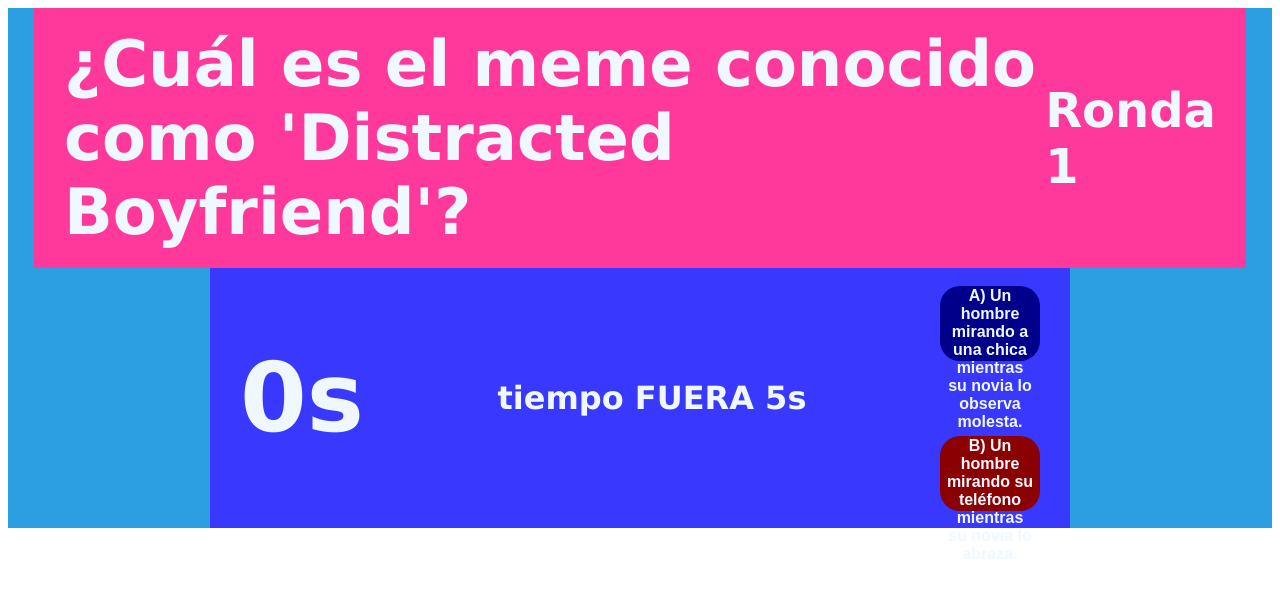
Repository: eschala/Proyecto_Clonaci-n_Kahoot_2023-2
Page: Borrador_Samir_Kahoot_NEW/Prueaba_Validar.html
An editor plug-in stored every save of this project. The page is shown before and after the next save, followed by the edit.
The browser window is 1280 px wide. The pictures show the whole page.

Above is the page before, as saved 2023-11-29 15:17:31.

### Borrador_Samir_Kahoot_NEW/Prueaba_Validar.html
<!DOCTYPE html>
<html lang="en">

<head>
    <meta charset="UTF-8">
    <meta name="viewport" content="width=device-width, initial-scale=1.0">
    <title>Document</title>
    <style>

    </style>
    <link rel="stylesheet" href="stylePrueba.css">

</head>

<body>
    <div class="container">

        <div class="sectionContainer">

            <h1 class="tituloClass">
                pregunta
            </h1>
            <h2 class="aviso">
                ()
            </h2>

            <div class="section_Buttons">
                <div class="btn_content"><button type="button" class="btn_1 botones">opcion A</button></div>
                <div class="btn_content"><button type="button" class="btn_2 botones">opcion B</button></div>



        </div>
            </div>
            <div class="sectionContainer_2">

                <h1 class="Pregunta_S">insertar pregunta</h1>
                <h1 class="aviso_S">aviso</h1>
            </div>

    </div>

    <script src="respuesta_VALIDAR.js"></script>
</body>

</html>

### Borrador_Samir_Kahoot_NEW/stylePrueba.css
.container {
    font-family: Verdana, Geneva, Tahoma, sans-serif;

    width: 100%;
    height: 100%;
    background-color: rgb(43, 159, 226);

    display: flex;
    flex-direction: column;

    align-items: center;
    justify-content: center;

}

.sectionContainer {

    height: 200px;
    width: 800px;

    background-color: rgb(56, 56, 255);

    display: flex;
    justify-content: space-between;
    align-items: center;
    color: aliceblue;

    font-size: 3rem;
    padding: 30px;

    order: 1;
}
.sectionContainer_2 {

    height: 200px;
    width: 90vw;

    background-color: rgb(255, 56, 156);

    display: flex;
    justify-content: space-between;
    align-items: center;
    color: aliceblue;

    font-size: 3rem;
    padding: 30px;

    order: 0;
}

.sub_Container_2 {

    height: 200px;
    width: 800px;

    background-color: red;

    display: flex;

}

.btn_content {
    height: 150px;
    width: 100px;
    display: flex;

    align-items: center;
    justify-content: center;

    cursor: pointer;
}

.btn_1 {
    width: 100%;
    height: 50%;

    background-color:darkblue;
}

.btn_2 {
    width: 100%;
    height: 50%;

    background-color:darkred;
}

.botones:hover{

    opacity: 50%;
    cursor: pointer;
}

.botones{

    font-weight: 700;


    color:aliceblue;
    font-size: 1rem;
    cursor: pointer;

    border-radius: 20px;
    border: 0px;
}

.aviso_S{
    font-family: Verdana, Geneva, Tahoma, sans-serif;
    font-size: 3rem;
}
.Pregunta_S{
    font-size: 4rem;
}

### Borrador_Samir_Kahoot_NEW/respuesta_VALIDAR.js
const container_E=document.querySelector(".container");
const sectionContainer_E=document.querySelector(".sectionContainer");
const sub_Container_2_E=document.querySelector(".sub_Container_2");
const btn_1_E=document.querySelector(".btn_1");
const btn_2_E=document.querySelector(".btn_2");
const h2_E=document.querySelector(".aviso");
const tituloClass_E=document.querySelector(".tituloClass");

/* const container_element=".container";
const sectionContainer_element=".sectionContainer";
const sub_Container_2_element=".sub_Container_2";
const btn_1_element=".btn_1";
const btn_2_element=".btn_2";
const h2_element=".aviso";
const tituloClass_element=".tituloClass";

container_element=document.querySelector(container_element);
sectionContainer_element=document.querySelector(sectionContainer_element);
sub_Container_2_element=document.querySelector(sub_Container_2_element);
btn_1_element=document.querySelector(btn_1_element);
btn_2_element=document.querySelector(btn_2_element);
h2_element=document.querySelector(h2_element);
tituloClass_element=document.querySelector(tituloClass_element);
 */
   var contar_S=0;
   var contar_R=0;
   var vacio=0;
var segundos =5;

var contar_2=0;
const intervalo=1000;

const pregunta_E=document.querySelector(".Pregunta_S");
const aviso_E=document.querySelector(".aviso_S");

h2_E.style.display="block";
h2_E.style.fontSize="2rem";

var funcionPrueba=()=>{



    segundos--;


    tituloClass_E.innerHTML=segundos+ "s";


    if(segundos==contar_R){

    contar_S++;
    vacio=contar_S-1;

        clearInterval(timeRunning);
        segundos=5;
        activateTimeOUT();
        contar_2++;
        h2_E.innerHTML="tiempo FUERA 5s";aviso_E.innerHTML="Ronda "+contar_S;

        if(contar_S==3){

            contar_S=0;
        }
    }
    else{
        h2_E.innerHTML="";

    }



    pregunta_E.innerHTML=preguntas_String[vacio]

    btn_1_E.innerHTML=respuesta_Correcta_String[vacio]
    btn_2_E.innerHTML=respuesta_String[vacio]


}





/* const timeOuter = function (){

}  */

const activateTime=()=>{
timeRunning = setInterval(funcionPrueba,intervalo);
}
const activateTimeOUT=()=>{
tiempoFuera = setTimeout(activateTime,intervalo*segundos);
}
activateTime();







const preguntas_String = [
    "¿Cuál es el meme conocido como 'Distracted Boyfriend'?",
    "¿Qué animal es el protagonista del meme 'Surprised Pikachu'?",
    "¿Quién es el protagonista del meme 'Hide the Pain Harold'?"
  ];

  const respuesta_String = [
    [ "B) Un hombre mirando su teléfono mientras su novia lo abraza."],
    ["A) Un gato."],
    [ "B) Un actor famoso."]
  ];

  const respuesta_Correcta_String = [
    "A) Un hombre mirando a una chica mientras su novia lo observa molesta.",
    "B) Un Pokémon.",
    "A) Un modelo de stock photography."];

After the next save:
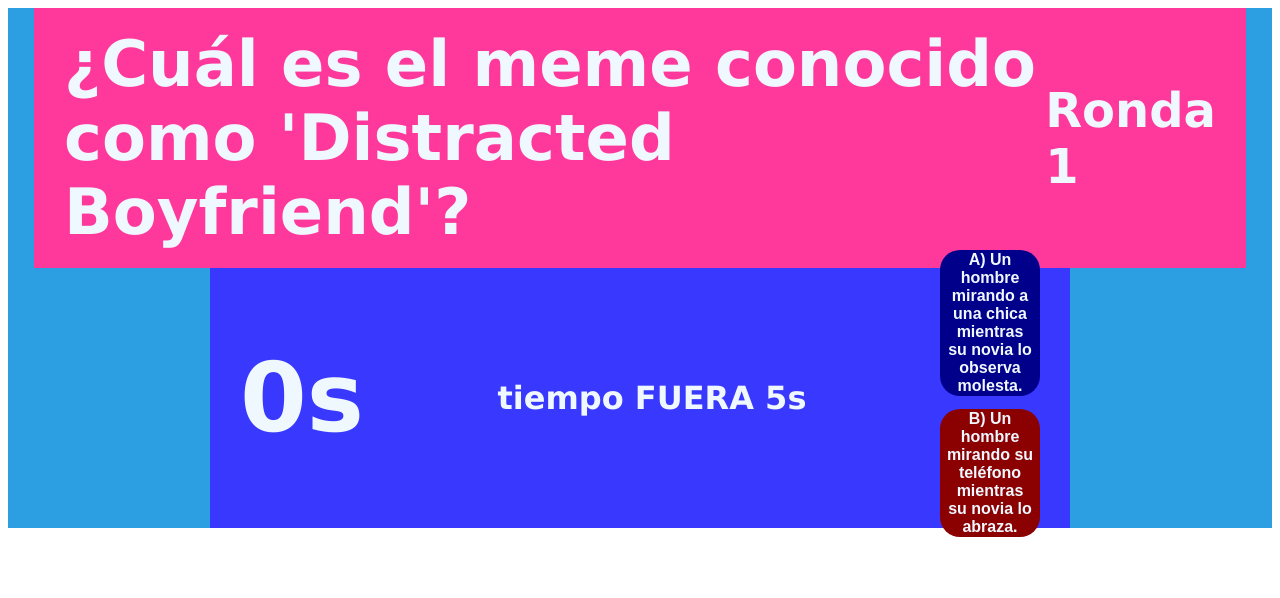
Saved 2 min 13 s later.
--- a/Borrador_Samir_Kahoot_NEW/stylePrueba.css
+++ b/Borrador_Samir_Kahoot_NEW/stylePrueba.css
@@ -71,15 +71,13 @@
 }
 
 .btn_1 {
-    width: 100%;
-    height: 50%;
+
 
     background-color:darkblue;
 }
 
 .btn_2 {
-    width: 100%;
-    height: 50%;
+
 
     background-color:darkred;
 }
